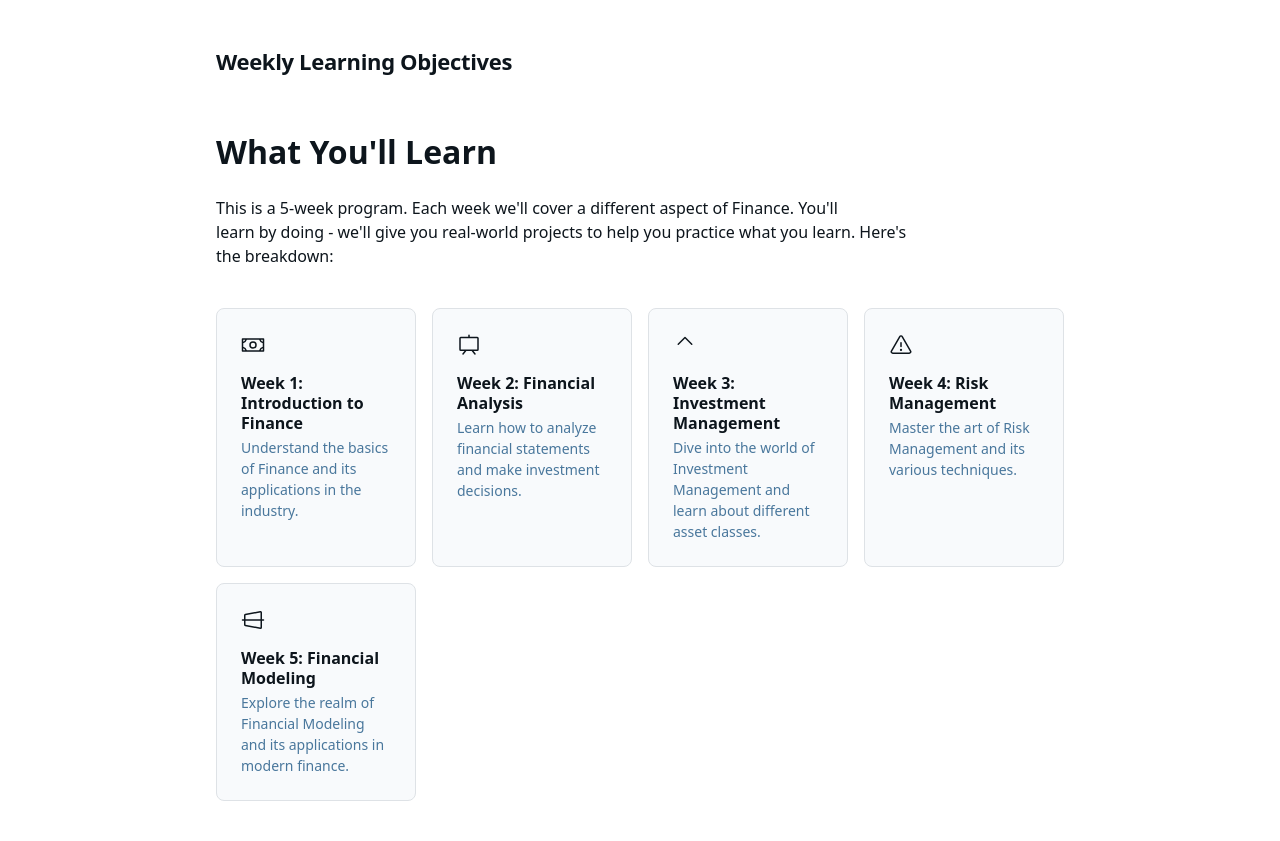
Repository: VickyJulme/fin-page-archesha
Page: /
These files come from the project's save history. The page is drawn as it stood at one moment and after a run of saves; the edit follows.
The browser window is 1280 px wide. The pictures show the part of the page from y = 692 to 1533 px (the page is 1533 px tall).
The project was rebuilt for these pictures with package versions that can differ from the ones it lists, and the page was loaded fresh each time. Also part of the build but not shown: vite.config.js, src/App.css, src/Component/HR/Hr.jsx, src/Component/DataScience/DataHome.jsx, src/Component/Marketing/Marketing.css, src/Component/Marketing/Marketing.jsx, src/Component/Design/Ui.css, src/Component/Design/Ui.jsx.

Above is the page before, as saved 2024-08-06 17:25:26.

After the next 4 saves:
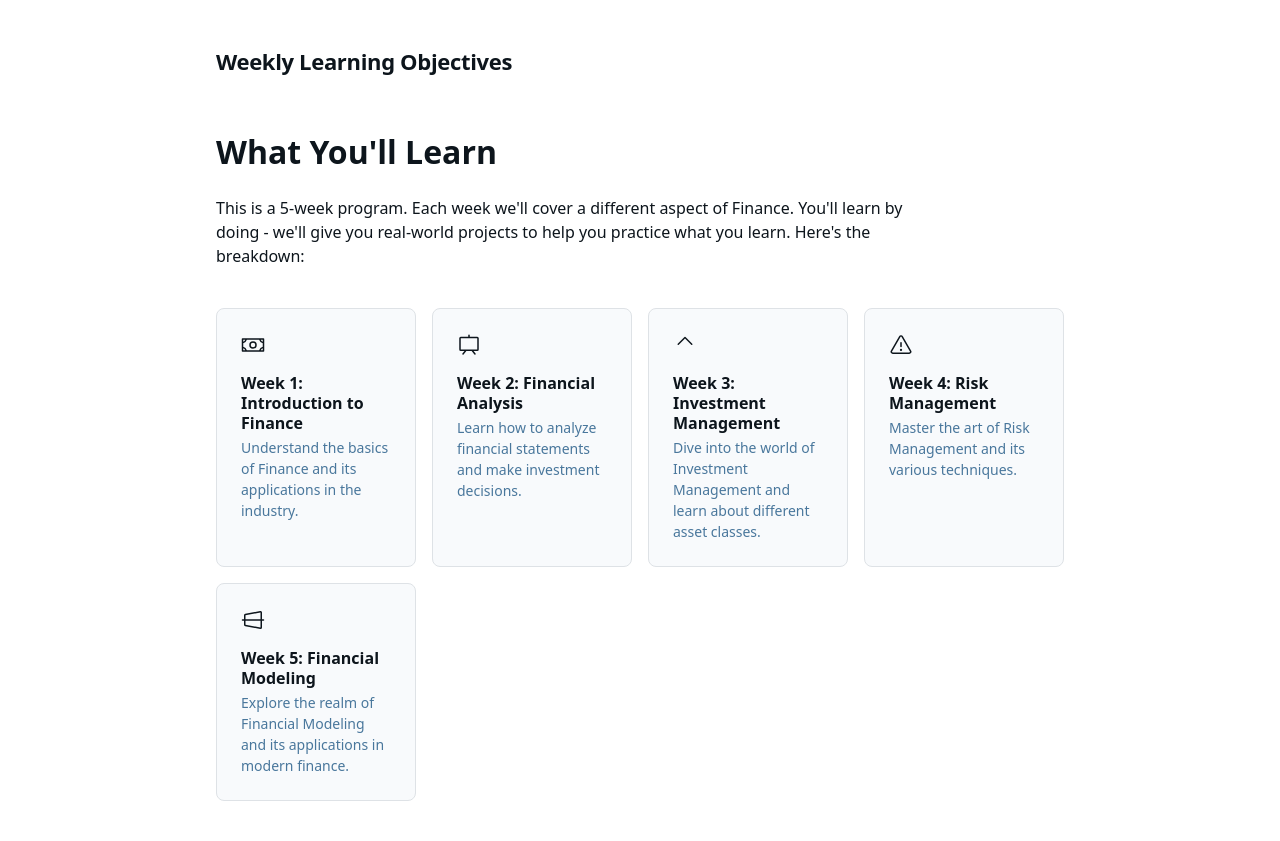
The 4 saves are shown as one change because they came seconds apart.
The last was saved 23 s later.
--- a/src/Component/Finance/Finance.jsx
+++ b/src/Component/Finance/Finance.jsx
@@ -88,8 +88,8 @@ function Finance() {
                 What You'll Learn
               </h1>
               <p className="text-[#0d151c] text-base font-normal leading-normal max-w-[720px]">
-              This is a 5-week program. Each week we'll cover a different aspect of Finance. You'll <br/>learn by doing - we'll give you real-world projects to help you practice
-                  what you learn. Here's <br/>the breakdown:
+              This is a 5-week program. Each week we'll cover a different aspect of Finance. You'll learn by<br/> doing - we'll give you real-world projects to help you practice
+                  what you learn. Here's the <br/>breakdown:
               </p>
             </div>
             <div className="grid grid-cols-[repeat(auto-fit,minmax(158px,1fr))] gap-3 p-0">
